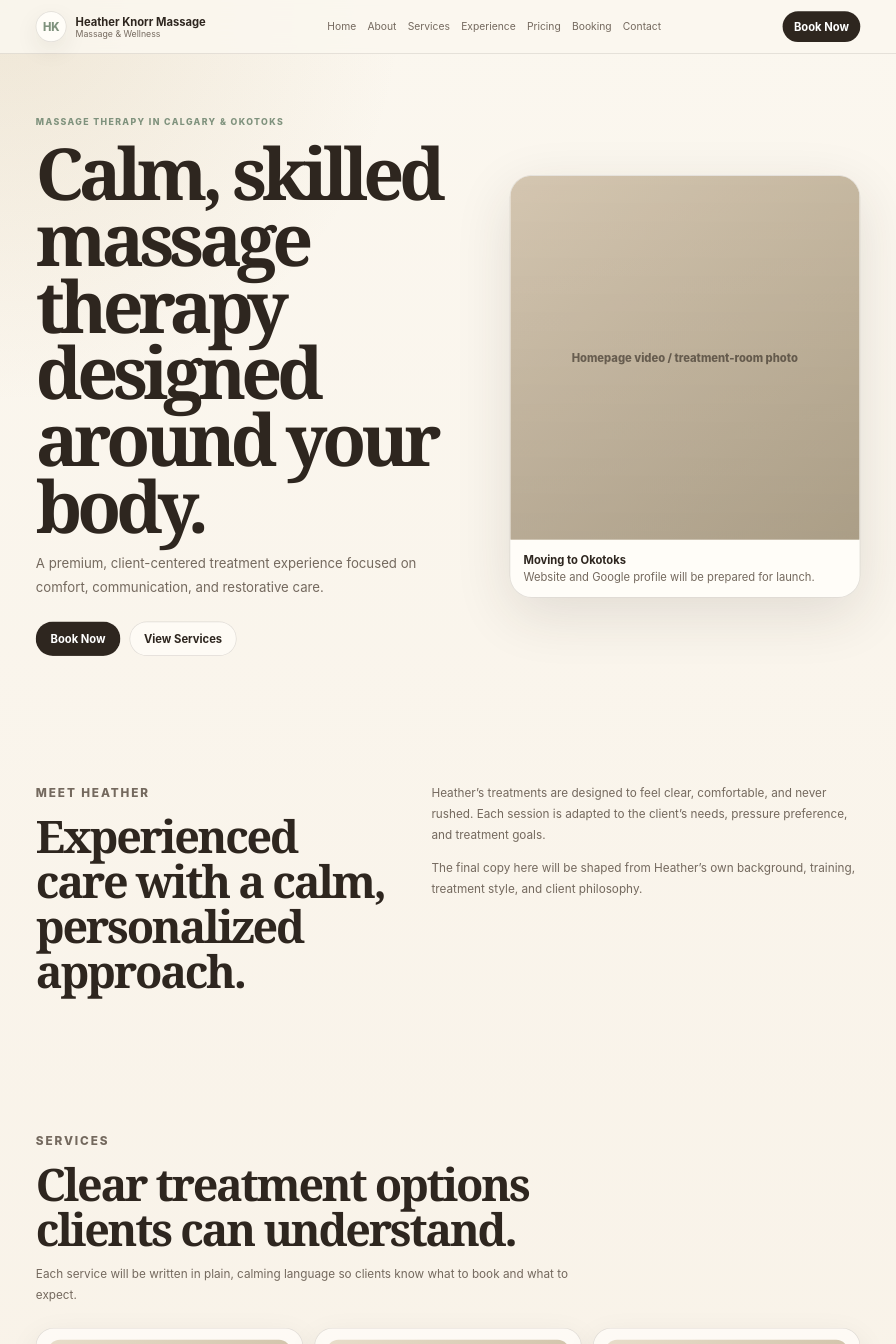
Repository: 300LBHACK3R/mckenzie-house-massage-site
Page: /
The author's editor kept a copy of each file at every save. The page is drawn from the files as they stood at one save, then again after the next save.
The browser window is 1280 px wide. The pictures show the part of the page from y = 0 to 1920 px (the page is 4105 px tall before and 4033 px after), at 70% of full size.
The project was rebuilt for these pictures with package versions that can differ from the ones it lists, and the page was loaded fresh each time. The framework's server and built-in components were replaced by stand-ins that run in the browser. Also part of the build but not shown: next.config.ts.

Above is the page before, as saved 2026-07-15 13:29:51.

### src/app/layout.tsx
import type { Metadata } from "next";
import "./globals.css";
import { siteConfig } from "@/lib/site";

export const metadata: Metadata = {
  title: `${siteConfig.businessName} | Massage Therapy in Okotoks`,
  description: siteConfig.description,
  metadataBase: new URL(siteConfig.domain),
  openGraph: {
    title: `${siteConfig.businessName} | Massage Therapy in Okotoks`,
    description: siteConfig.description,
    type: "website",
    locale: "en_CA",
  },
};

export default function RootLayout({
  children,
}: Readonly<{
  children: React.ReactNode;
}>) {
  return (
    <html lang="en-CA">
      <body>{children}</body>
    </html>
  );
}

### src/app/page.tsx
import { Footer } from "@/components/Footer";
import { Header } from "@/components/Header";
import { services, siteConfig } from "@/lib/site";

export default function Home() {
  return (
    <>
      <Header />

      <main>
        <section id="home" className="hero">
          <div className="hero-content">
            <p className="eyebrow">Massage therapy in Calgary & Okotoks</p>
            <h1>Calm, skilled massage therapy designed around your body.</h1>
            <p className="hero-copy">
              A premium, client-centered treatment experience focused on
              comfort, communication, and restorative care.
            </p>

            <div className="hero-actions">
              <a className="button primary" href={siteConfig.bookingUrl}>
                Book Now
              </a>
              <a className="button secondary" href="#services">
                View Services
              </a>
            </div>
          </div>

          <div className="hero-card">
            <div className="image-placeholder">
              Homepage video / treatment-room photo
            </div>
            <div className="hero-note">
              <strong>Moving to Okotoks</strong>
              <span>Website and Google profile will be prepared for launch.</span>
            </div>
          </div>
        </section>

        <section id="about" className="section split">
          <div>
            <p className="eyebrow">Meet Heather</p>
            <h2>Experienced care with a calm, personalized approach.</h2>
          </div>
          <div>
            <p>
              Heather’s treatments are designed to feel clear, comfortable, and
              never rushed. Each session is adapted to the client’s needs,
              pressure preference, and treatment goals.
            </p>
            <p>
              The final copy here will be shaped from Heather’s own background,
              training, treatment style, and client philosophy.
            </p>
          </div>
        </section>

        <section id="services" className="section">
          <div className="section-heading">
            <p className="eyebrow">Services</p>
            <h2>Clear treatment options clients can understand.</h2>
            <p>
              Each service will be written in plain, calming language so clients
              know what to book and what to expect.
            </p>
          </div>

          <div className="service-grid">
            {services.map((service) => (
              <article className="service-card" key={service.name}>
                <div className="service-image">Service image</div>
                <h3>{service.name}</h3>
                <p>{service.description}</p>
                <span>{service.bestFor}</span>
              </article>
            ))}
          </div>
        </section>

        <section id="pricing" className="section soft">
          <div className="section-heading">
            <p className="eyebrow">Pricing</p>
            <h2>Simple, transparent pricing.</h2>
            <p>
              Pricing will be added once Heather confirms final services,
              durations, and rates.
            </p>
          </div>

          <div className="pricing-grid">
            <div>
              <strong>60 minutes</strong>
              <span>Price to confirm</span>
            </div>
            <div>
              <strong>90 minutes</strong>
              <span>Price to confirm</span>
            </div>
            <div>
              <strong>120 minutes</strong>
              <span>Price to confirm</span>
            </div>
          </div>
        </section>

        <section id="booking" className="section booking">
          <p className="eyebrow">Online Booking</p>
          <h2>Book through ClinicSense.</h2>
          <p>
            Clients will be directed into Heather’s existing ClinicSense booking
            system, where availability, services, intake, and scheduling remain
            securely managed.
          </p>
          <a className="button primary" href={siteConfig.bookingUrl}>
            Open Booking
          </a>
        </section>

        <section id="contact" className="section split">
          <div>
            <p className="eyebrow">Contact</p>
            <h2>Current location details and Okotoks updates.</h2>
          </div>
          <div>
            <p>
              Current and future location wording will be finalized after
              Heather confirms what should be public.
            </p>
            <p>
              The Google Business Profile and website will be kept consistent
              for the Okotoks move.
            </p>
          </div>
        </section>
      </main>

      <Footer />
    </>
  );
}

### src/app/globals.css
:root {
  --bg: #fbf7ef;
  --surface: #fffdf8;
  --surface-soft: #efe6d6;
  --text: #2e261f;
  --muted: #74695e;
  --sage: #7f927d;
  --gold: #b89b64;
  --border: rgba(46, 38, 31, 0.14);
  --shadow: 0 24px 80px rgba(46, 38, 31, 0.12);
}

* {
  box-sizing: border-box;
}

html {
  scroll-behavior: smooth;
}

body {
  margin: 0;
  background:
    radial-gradient(circle at top left, rgba(184, 155, 100, 0.18), transparent 36rem),
    linear-gradient(180deg, #fbf7ef 0%, #f6eee2 100%);
  color: var(--text);
  font-family:
    Inter, ui-sans-serif, system-ui, -apple-system, BlinkMacSystemFont, "Segoe UI",
    sans-serif;
}

a {
  color: inherit;
  text-decoration: none;
}

.site-header {
  position: sticky;
  top: 0;
  z-index: 50;
  display: flex;
  align-items: center;
  justify-content: space-between;
  gap: 1.5rem;
  padding: 1rem clamp(1rem, 4vw, 4rem);
  background: rgba(251, 247, 239, 0.86);
  border-bottom: 1px solid var(--border);
  backdrop-filter: blur(18px);
}

.brand {
  display: flex;
  align-items: center;
  gap: 0.8rem;
}

.brand-mark {
  display: grid;
  width: 44px;
  height: 44px;
  place-items: center;
  border: 1px solid var(--border);
  border-radius: 999px;
  background: var(--surface);
  color: var(--sage);
  font-weight: 800;
  box-shadow: 0 12px 34px rgba(46, 38, 31, 0.08);
}

.brand strong,
.brand small {
  display: block;
}

.brand small {
  color: var(--muted);
  font-size: 0.78rem;
}

.nav {
  display: flex;
  align-items: center;
  gap: 1rem;
  color: var(--muted);
  font-size: 0.92rem;
}

.nav a:hover {
  color: var(--text);
}

.nav-cta,
.button {
  display: inline-flex;
  align-items: center;
  justify-content: center;
  border-radius: 999px;
  font-weight: 700;
}

.nav-cta {
  padding: 0.72rem 1rem;
  background: var(--text);
  color: white;
}

.hero {
  display: grid;
  min-height: calc(100vh - 78px);
  grid-template-columns: 1.1fr 0.9fr;
  gap: clamp(2rem, 5vw, 5rem);
  align-items: center;
  padding: clamp(4rem, 7vw, 7rem) clamp(1rem, 4vw, 4rem);
}

.hero-content {
  max-width: 760px;
}

.eyebrow {
  margin: 0 0 1rem;
  color: var(--sage);
  font-size: 0.78rem;
  font-weight: 800;
  letter-spacing: 0.16em;
  text-transform: uppercase;
}

h1,
h2,
h3,
p {
  margin-top: 0;
}

h1 {
  margin-bottom: 1.2rem;
  font-family: Georgia, "Times New Roman", serif;
  font-size: clamp(3.2rem, 8vw, 6.9rem);
  line-height: 0.93;
  letter-spacing: -0.07em;
}

h2 {
  margin-bottom: 1rem;
  font-family: Georgia, "Times New Roman", serif;
  font-size: clamp(2.2rem, 5vw, 4.4rem);
  line-height: 1;
  letter-spacing: -0.05em;
}

h3 {
  margin-bottom: 0.7rem;
  font-family: Georgia, "Times New Roman", serif;
  font-size: 1.55rem;
}

.hero-copy,
.section-heading p,
.section p {
  color: var(--muted);
  font-size: 1.05rem;
  line-height: 1.8;
}

.hero-copy {
  max-width: 620px;
  font-size: 1.18rem;
}

.hero-actions {
  display: flex;
  flex-wrap: wrap;
  gap: 0.8rem;
  margin-top: 2rem;
}

.button {
  min-height: 48px;
  padding: 0.85rem 1.25rem;
  border: 1px solid var(--border);
}

.button.primary {
  background: var(--text);
  color: white;
}

.button.secondary {
  background: rgba(255, 253, 248, 0.75);
  color: var(--text);
}

.hero-card {
  overflow: hidden;
  border: 1px solid var(--border);
  border-radius: 2rem;
  background: var(--surface);
  box-shadow: var(--shadow);
}

.image-placeholder {
  display: grid;
  min-height: 520px;
  place-items: center;
  background:
    linear-gradient(rgba(46, 38, 31, 0.1), rgba(46, 38, 31, 0.18)),
    linear-gradient(135deg, #e7d8c1, #c6b89d);
  color: rgba(46, 38, 31, 0.62);
  font-weight: 800;
  text-align: center;
}

.hero-note {
  display: grid;
  gap: 0.25rem;
  padding: 1.2rem;
}

.hero-note span {
  color: var(--muted);
}

.section {
  padding: clamp(4rem, 7vw, 7rem) clamp(1rem, 4vw, 4rem);
}

.split {
  display: grid;
  grid-template-columns: 0.9fr 1.1fr;
  gap: clamp(2rem, 5vw, 5rem);
  align-items: start;
}

.section-heading {
  max-width: 780px;
  margin-bottom: 2rem;
}

.service-grid {
  display: grid;
  grid-template-columns: repeat(3, minmax(0, 1fr));
  gap: 1rem;
}

.service-card {
  padding: 1rem;
  border: 1px solid var(--border);
  border-radius: 1.6rem;
  background: rgba(255, 253, 248, 0.75);
  box-shadow: 0 14px 44px rgba(46, 38, 31, 0.08);
}

.service-card p {
  min-height: 120px;
}

.service-card span {
  color: var(--sage);
  font-size: 0.9rem;
  font-weight: 700;
}

.service-image {
  display: grid;
  min-height: 220px;
  margin-bottom: 1rem;
  place-items: center;
  border-radius: 1.1rem;
  background: linear-gradient(135deg, #e8ddca, #c5b69a);
  color: rgba(46, 38, 31, 0.55);
  font-weight: 800;
}

.soft {
  background: rgba(255, 253, 248, 0.55);
  border-block: 1px solid var(--border);
}

.pricing-grid {
  display: grid;
  grid-template-columns: repeat(3, minmax(0, 1fr));
  gap: 1rem;
}

.pricing-grid div {
  display: grid;
  gap: 0.35rem;
  padding: 1.3rem;
  border: 1px solid var(--border);
  border-radius: 1.2rem;
  background: var(--surface);
}

.pricing-grid strong {
  font-size: 1.2rem;
}

.pricing-grid span {
  color: var(--muted);
}

.booking {
  max-width: 900px;
}

.footer {
  display: flex;
  justify-content: space-between;
  gap: 2rem;
  padding: 2rem clamp(1rem, 4vw, 4rem);
  border-top: 1px solid var(--border);
  color: var(--muted);
}

.footer strong {
  color: var(--text);
}

@media (max-width: 980px) {
  .nav {
    display: none;
  }

  .hero,
  .split {
    grid-template-columns: 1fr;
  }

  .hero {
    min-height: auto;
  }

  .service-grid,
  .pricing-grid {
    grid-template-columns: 1fr;
  }

  .image-placeholder {
    min-height: 360px;
  }

  .footer {
    display: grid;
  }
}

### src/lib/site.ts
export const siteConfig = {
  businessName: "Heather Knorr Massage",
  legalName: "Heather Knorr",
  currentName: "McKenzie House Massage",
  description:
    "Premium, calming massage therapy with personalized care, clear communication, and convenient online booking.",
  location: "Calgary / Okotoks, Alberta",
  phone: "",
  email: "",
  bookingUrl: "#",
  domain: "https://example.com",
  heroVideo: "",
  social: {
    facebook: "",
    instagram: "",
  },
};

export const navItems = [
  { label: "Home", href: "#home" },
  { label: "About", href: "#about" },
  { label: "Services", href: "#services" },
  { label: "Experience", href: "#experience" },
  { label: "Pricing", href: "#pricing" },
  { label: "Booking", href: "#booking" },
  { label: "Contact", href: "#contact" },
];

export const serviceTags = [
  "Therapeutic massage",
  "Relaxation",
  "Scalp & neck focus",
  "Deep tissue",
  "Direct billing",
  "Online booking",
];

export const services = [
  {
    name: "Therapeutic Massage",
    description:
      "Focused massage care for clients who want to address tension, stiffness, and areas that need deeper attention.",
    bestFor: "Tension, stiffness, deep pressure, focused treatment",
  },
  {
    name: "Relaxation Massage",
    description:
      "A calming full-body treatment designed to help the nervous system settle while supporting rest and restoration.",
    bestFor: "Stress, relaxation, gentle pressure, full-body reset",
  },
  {
    name: "Scalp, Neck & Shoulder Focus",
    description:
      "A focused treatment option for clients who carry tension through the upper body, jaw, neck, and shoulders.",
    bestFor: "Neck tension, headaches, shoulder tightness, stress",
  },
];

### src/components/Footer.tsx
import { siteConfig } from "@/lib/site";

export function Footer() {
  return (
    <footer className="footer">
      <div>
        <strong>{siteConfig.businessName}</strong>
        <p>{siteConfig.description}</p>
      </div>

      <div>
        <p>{siteConfig.location}</p>
        <p>Online booking through ClinicSense</p>
      </div>
    </footer>
  );
}

### src/components/Header.tsx
import { navItems, siteConfig } from "@/lib/site";

export function Header() {
  return (
    <header className="site-header">
      <a className="brand" href="#home" aria-label="Go to homepage">
        <span className="brand-mark">HK</span>
        <span>
          <strong>{siteConfig.businessName}</strong>
          <small>Massage & Wellness</small>
        </span>
      </a>

      <nav className="nav" aria-label="Main navigation">
        {navItems.map((item) => (
          <a key={item.href} href={item.href}>
            {item.label}
          </a>
        ))}
      </nav>

      <a className="nav-cta" href={siteConfig.bookingUrl}>
        Book Now
      </a>
    </header>
  );
}

After the next save:
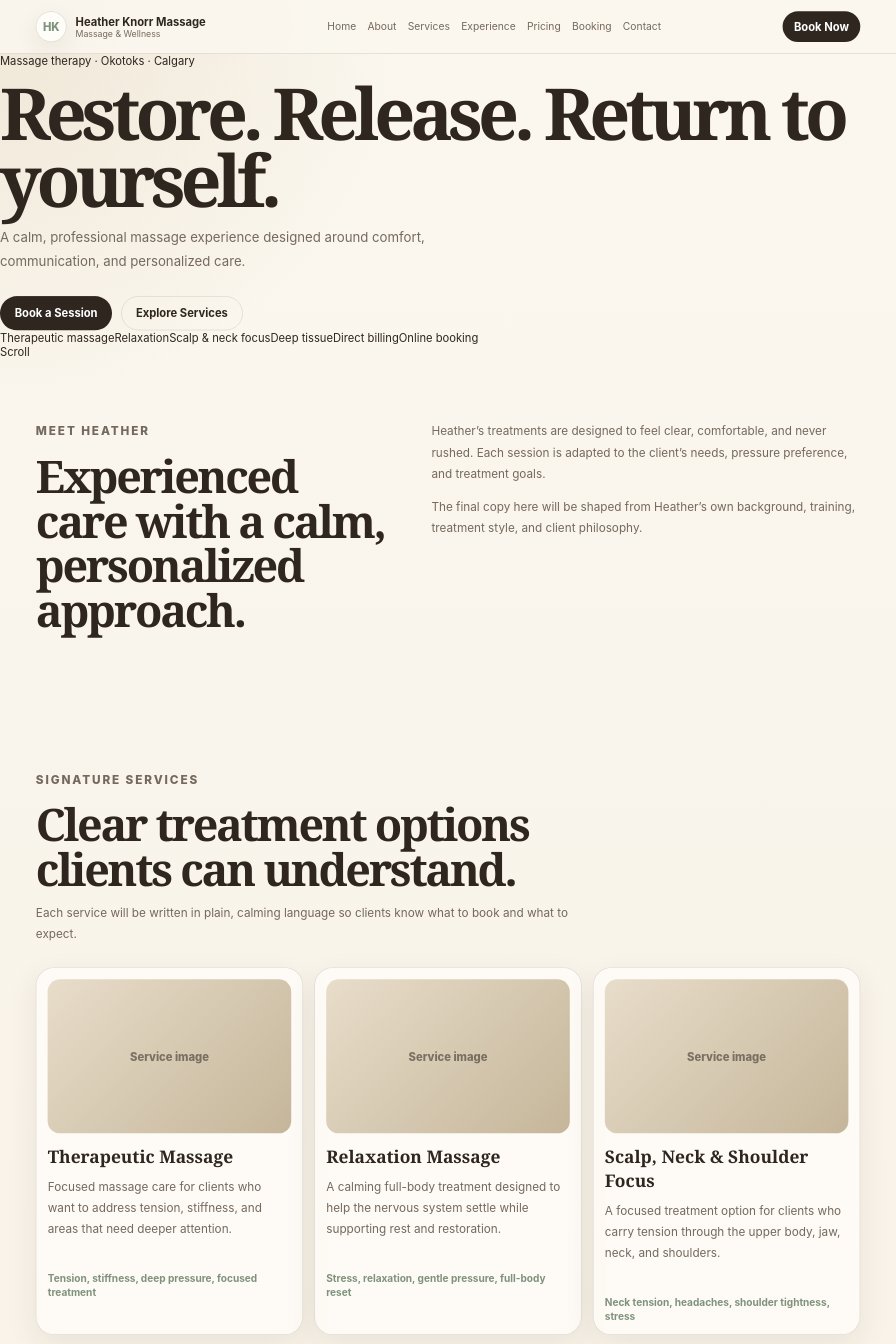
Saved 18 s later.
--- a/src/app/page.tsx
+++ b/src/app/page.tsx
@@ -1,6 +1,6 @@
 import { Footer } from "@/components/Footer";
 import { Header } from "@/components/Header";
-import { services, siteConfig } from "@/lib/site";
+import { services, serviceTags, siteConfig } from "@/lib/site";
 
 export default function Home() {
   return (
@@ -8,33 +8,51 @@ export default function Home() {
       <Header />
 
       <main>
-        <section id="home" className="hero">
-          <div className="hero-content">
-            <p className="eyebrow">Massage therapy in Calgary & Okotoks</p>
-            <h1>Calm, skilled massage therapy designed around your body.</h1>
+        <section id="home" className="luxury-hero">
+          <div className="hero-video-layer" aria-hidden="true">
+            {siteConfig.heroVideo ? (
+              <video autoPlay muted loop playsInline preload="metadata">
+                <source src={siteConfig.heroVideo} type="video/mp4" />
+              </video>
+            ) : (
+              <div className="hero-video-placeholder" />
+            )}
+            <div className="hero-overlay" />
+            <div className="hero-pattern" />
+          </div>
+
+          <div className="luxury-hero-inner">
+            <p className="hero-pill">
+              <span />
+              Massage therapy · Okotoks · Calgary
+            </p>
+
+            <h1>Restore. Release. Return to yourself.</h1>
+
             <p className="hero-copy">
-              A premium, client-centered treatment experience focused on
-              comfort, communication, and restorative care.
+              A calm, professional massage experience designed around comfort,
+              communication, and personalized care.
             </p>
 
             <div className="hero-actions">
               <a className="button primary" href={siteConfig.bookingUrl}>
-                Book Now
+                Book a Session
               </a>
-              <a className="button secondary" href="#services">
-                View Services
+              <a className="button glass" href="#services">
+                Explore Services
               </a>
+            </div>
+
+            <div className="hero-tags" aria-label="Service highlights">
+              {serviceTags.map((tag) => (
+                <span key={tag}>{tag}</span>
+              ))}
             </div>
           </div>
 
-          <div className="hero-card">
-            <div className="image-placeholder">
-              Homepage video / treatment-room photo
-            </div>
-            <div className="hero-note">
-              <strong>Moving to Okotoks</strong>
-              <span>Website and Google profile will be prepared for launch.</span>
-            </div>
+          <div className="scroll-cue" aria-hidden="true">
+            <span>Scroll</span>
+            <i />
           </div>
         </section>
 
@@ -58,7 +76,7 @@ export default function Home() {
 
         <section id="services" className="section">
           <div className="section-heading">
-            <p className="eyebrow">Services</p>
+            <p className="eyebrow">Signature Services</p>
             <h2>Clear treatment options clients can understand.</h2>
             <p>
               Each service will be written in plain, calming language so clients
@@ -75,6 +93,33 @@ export default function Home() {
                 <span>{service.bestFor}</span>
               </article>
             ))}
+          </div>
+        </section>
+
+        <section id="experience" className="section experience-section">
+          <div className="experience-card">
+            <p className="eyebrow">The Experience</p>
+            <h2>Comfort, clarity, and care from the moment you book.</h2>
+            <p>
+              The website will help clients understand each treatment before
+              they book, see the treatment space, meet Heather, and feel
+              confident choosing the service that fits their body best.
+            </p>
+          </div>
+
+          <div className="experience-list">
+            <div>
+              <strong>Personalized pressure</strong>
+              <span>Each session is adjusted to the client’s comfort level.</span>
+            </div>
+            <div>
+              <strong>Clear service guidance</strong>
+              <span>Descriptions will explain what each treatment is for.</span>
+            </div>
+            <div>
+              <strong>Professional presentation</strong>
+              <span>Photography and video will show the treatment experience.</span>
+            </div>
           </div>
         </section>
 
@@ -119,17 +164,18 @@ export default function Home() {
 
         <section id="contact" className="section split">
           <div>
-            <p className="eyebrow">Contact</p>
-            <h2>Current location details and Okotoks updates.</h2>
+            <p className="eyebrow">Okotoks Launch</p>
+            <h2>Built now. Ready to evolve with the new space.</h2>
           </div>
           <div>
             <p>
-              Current and future location wording will be finalized after
-              Heather confirms what should be public.
+              Current treatment footage can be used to show Heather’s work,
+              technique, and care while the final Okotoks room imagery can be
+              added once the new space is ready.
             </p>
             <p>
-              The Google Business Profile and website will be kept consistent
-              for the Okotoks move.
+              The website and Google Business Profile will be kept consistent
+              through the transition.
             </p>
           </div>
         </section>
